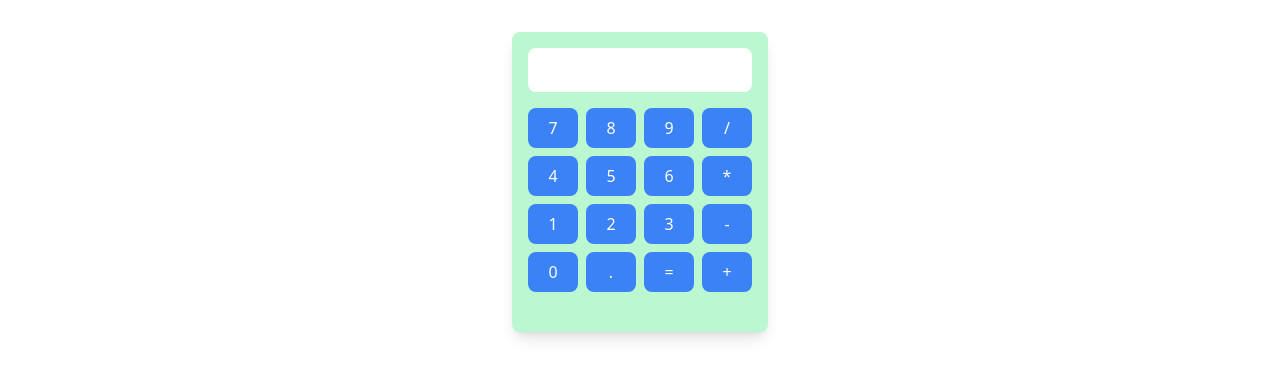
Repository: Sirinegaddour11/Calculator-App
Page: /
An editor plug-in stored every save of this project. The page is shown before and after a run of saves, followed by the edit.
The browser window is 1280 px wide. The pictures show the whole page.
The project was rebuilt for these pictures with package versions that can differ from the ones it lists, and the page was loaded fresh each time. The framework's server and built-in components were replaced by stand-ins that run in the browser. Also part of the build but not shown: next.config.mjs.

Above is the page before, as saved 2024-09-16 14:55:10.

### app/page.tsx
import Calculator from "@/components/calculator";
import Image from "next/image";

export default function Home() {
  return (
    <div>
      <Calculator />
    </div>
  );
}

### app/globals.css
@tailwind base;
@tailwind components;
@tailwind utilities;

.dark .three-d {
  text-shadow: 0px 5px 0px #533519;
}
.three-d {
  text-shadow: none;
}
.dark .simplebar-scrollbar ::before {
 background-color: rgb(216, 217, 231);
}

### components/calculator.tsx
"use client";
import React, { useState } from "react";

const Calculator:React.FC = () => {
  const [expression, setexpression] = useState("");
  const handleButtonClick = (value: string) => {
    setexpression((prevExpression) => prevExpression + value);
  };
  const handleCalculate =() => {
    try {
        setexpression(eval(expression))
    } catch (error) {
        setexpression('Error')

    }
  }
  return (
    <div className="w-64 mx-auto mt-8 p-4 bg-green-200 rounded-lg shadow-lg ">
      <input
        type="text"
        className="w-full mb-4 p-2 text-xl text-right bg-white rounded-lg"
        value={expression}
        readOnly
      />
      <div className="grid grid-cols-4 gap-2">
        {["7", "8", "9", "/"].map((value, index) => (
          <button
            key={index}
            className="p-2 bg-blue-500 text-white rounded-lg hover:bg-blue-600"
            onClick={() => handleButtonClick(value)}
          >
            {value}
          </button>
        ))}
        {["4", "5", "6", "*"].map((value, index) => (
          <button
            key={index}
            className="p-2 bg-blue-500 text-white rounded-lg hover:bg-blue-600"
            onClick={() => handleButtonClick(value)}
          >
            {value}
          </button>
        ))}
        {["1", "2", "3", "-"].map((value, index) => (
          <button
            key={index}
            className="p-2 bg-blue-500 text-white rounded-lg hover:bg-blue-600"
            onClick={() => handleButtonClick(value)}
          >
            {value}
          </button>
        ))}
        {["0", ".", "=", "+"].map((value, index) => (
          <button
            key={index}
            className="p-2 bg-blue-500 text-white rounded-lg hover:bg-blue-600"
            onClick={() => value === '=' ? handleCalculate() : handleButtonClick(value)}
          >
            {value}
          </button>
        ))}
      </div>
      <button
      className="mt-4 w-full "
      >

      </button>
    </div>
  );
};

export default Calculator;

Loaded but not shown: app/layout.tsx (common file); tailwind.config.ts (common file)

After the next 2 saves:
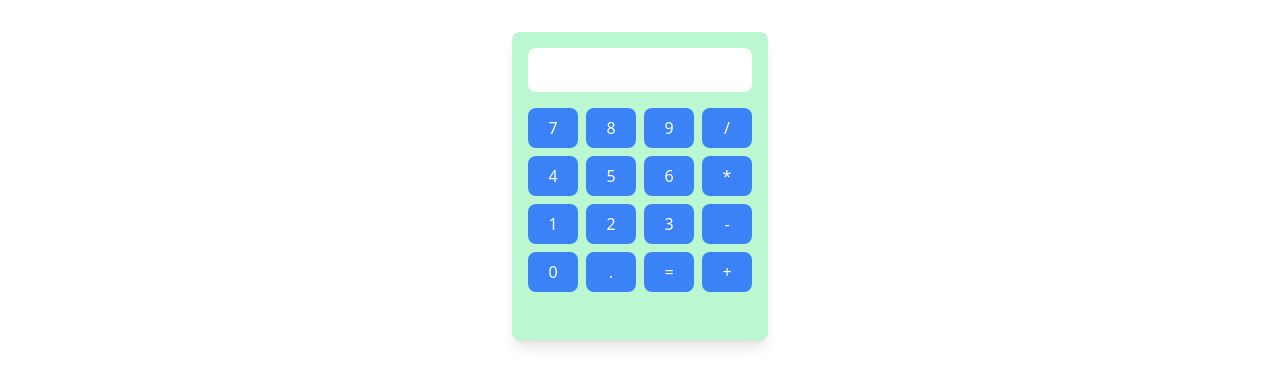
The 2 saves are shown as one change because they came seconds apart.
The last was saved 8 s later.
--- a/components/calculator.tsx
+++ b/components/calculator.tsx
@@ -61,7 +61,7 @@
         ))}
       </div>
       <button
-      className="mt-4 w-full "
+      className="mt-4 w-full p-2"
       >
 
       </button>

After the 2 saves that followed:
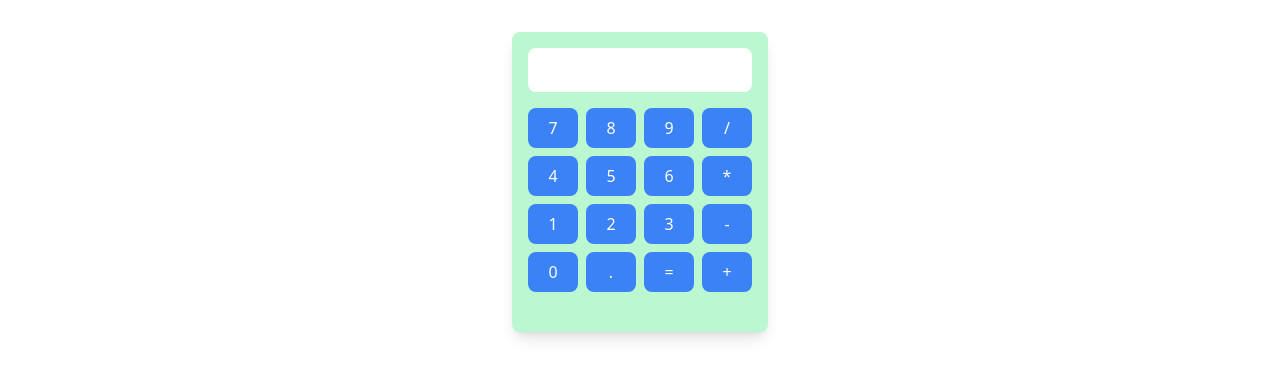
The 2 saves are shown as one change because they came seconds apart.
The last was saved 9 s later.
--- a/components/calculator.tsx
+++ b/components/calculator.tsx
@@ -61,7 +61,7 @@
         ))}
       </div>
       <button
-      className="mt-4 w-full p-2"
+      className="mt-4 w-full p-2bg-red"
       >
 
       </button>
